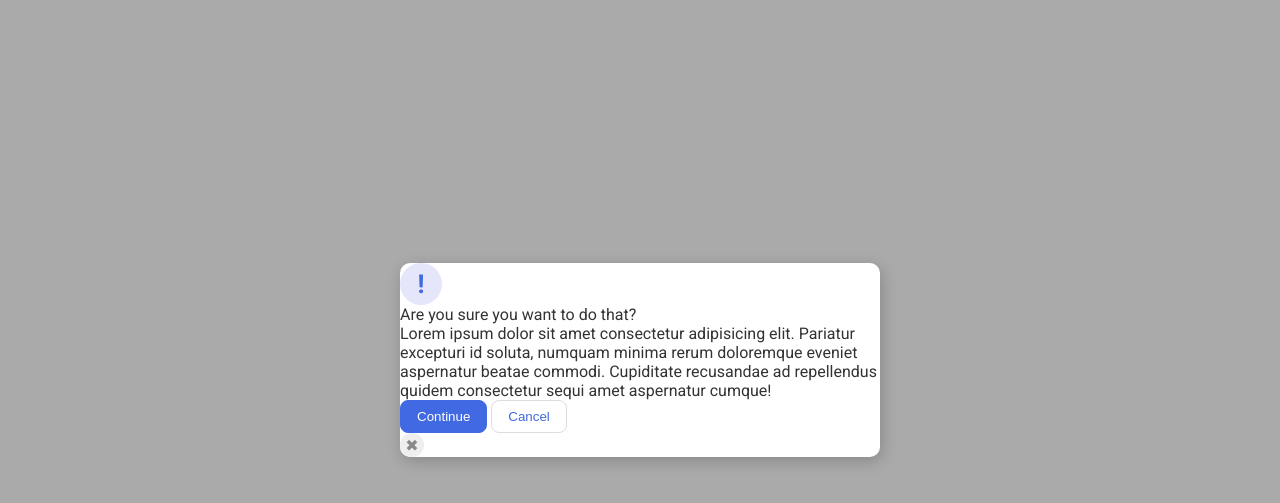
Repository: ridgely/css-exercises
Page: flex/05-flex-modal/index.html
An editor plug-in stored every save of this project. The page is shown before and after the next save, followed by the edit.
The browser window is 1280 px wide. The pictures show the whole page.

Above is the page before, as saved 2022-07-06 14:18:50.

### flex/05-flex-modal/index.html
<!DOCTYPE html>
<html lang="en">
  <head>
    <meta charset="UTF-8">
    <meta http-equiv="X-UA-Compatible" content="IE=edge">
    <meta name="viewport" content="width=device-width, initial-scale=1.0">
    <link rel="stylesheet" href="style.css">
    <title>Modal</title>
  </head>
  <body>
    <div class="modal">
      <div class="column-1">
        <div class="icon">!</div>
      </div>
      <div class="column-2">
        <div class="header">Are you sure you want to do that?</div>
        <div class="text">Lorem ipsum dolor sit amet consectetur adipisicing elit. Pariatur excepturi id soluta, numquam minima rerum doloremque eveniet aspernatur beatae commodi. Cupiditate recusandae ad repellendus quidem consectetur sequi amet aspernatur cumque!</div>
        <button class="continue">Continue</button>
        <button class="cancel">Cancel</button>
      </div>
      <div class="close-button">✖</div>
    </div>
  </body>
</html>

### flex/05-flex-modal/style.css
@import url('https://fonts.googleapis.com/css2?family=Roboto:wght@400;700&display=swap');

html, body {
  height: 100%;
}

body {
  font-family: Roboto, sans-serif;
  margin: 0;
  background: #aaa;
  color: #333;
  /* I'll give you this one for free lol */
  display: flex;
  align-items: center;
  justify-content: center;
}

.modal {
  background: white;
  width: 480px;
  border-radius: 10px;
  box-shadow: 2px 4px 16px rgba(0,0,0,.2);
  display: flex;
  flex-direction: column;
}

.icon {
  color: royalblue;
  font-size: 26px;
  font-weight: 700;
  background: lavender;
  width: 42px;
  height: 42px;
  border-radius: 50%;
  display: flex;
  align-items: center;
  justify-content: center;
}

.close-button {
  background: #eee;
  border-radius: 50%;
  color: #888;
  font-weight: 400;
  font-size: 16px;
  height: 24px;
  width: 24px;
  display: flex;
  align-items: center;
  justify-content: center;
}

button {
  padding: 8px 16px;
  border-radius: 8px;
}

button.continue {
  background: royalblue;
  border: 1px solid royalblue;
  color: white;
}

button.cancel {
  background: white;
  border: 1px solid #ddd;
  color: royalblue;
}

After the next save:
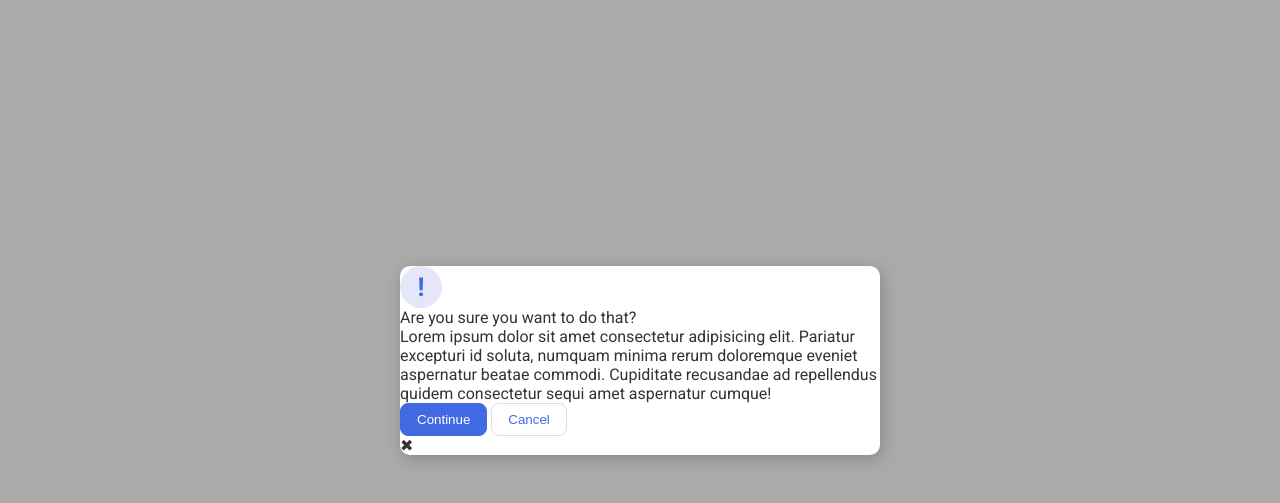
Saved 35 s later.
--- a/flex/05-flex-modal/index.html
+++ b/flex/05-flex-modal/index.html
@@ -18,6 +18,7 @@
         <button class="continue">Continue</button>
         <button class="cancel">Cancel</button>
       </div>
+      <div class=""
       <div class="close-button">✖</div>
     </div>
   </body>

After the 4 saves that followed:
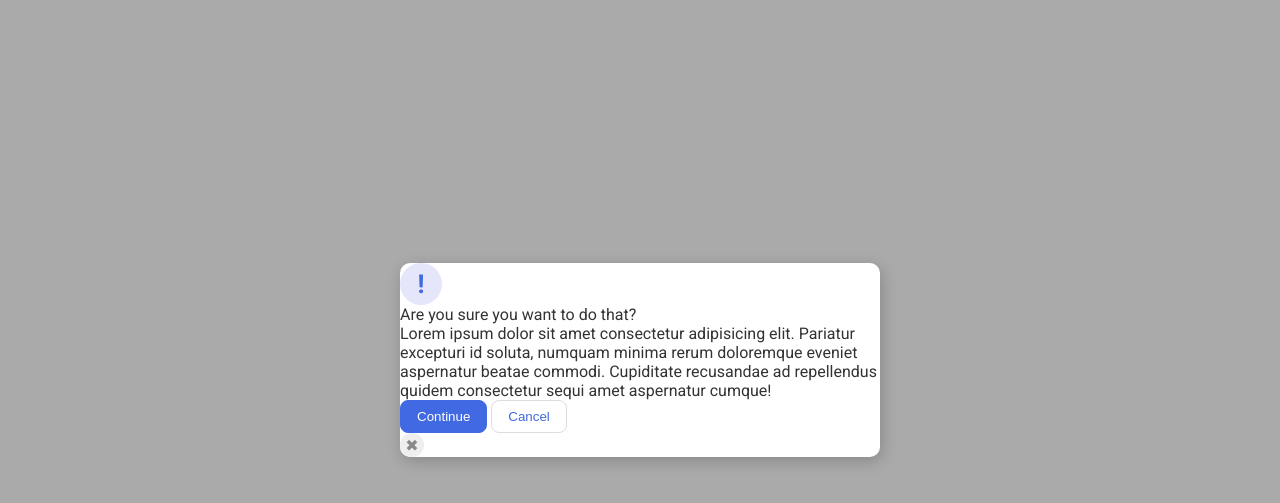
The 4 saves are shown as one change because they came seconds apart.
The last was saved 11 s later.
--- a/flex/05-flex-modal/index.html
+++ b/flex/05-flex-modal/index.html
@@ -18,8 +18,9 @@
         <button class="continue">Continue</button>
         <button class="cancel">Cancel</button>
       </div>
-      <div class=""
+      <div class="column-3">
       <div class="close-button">✖</div>
+      </div>
     </div>
   </body>
 </html>
